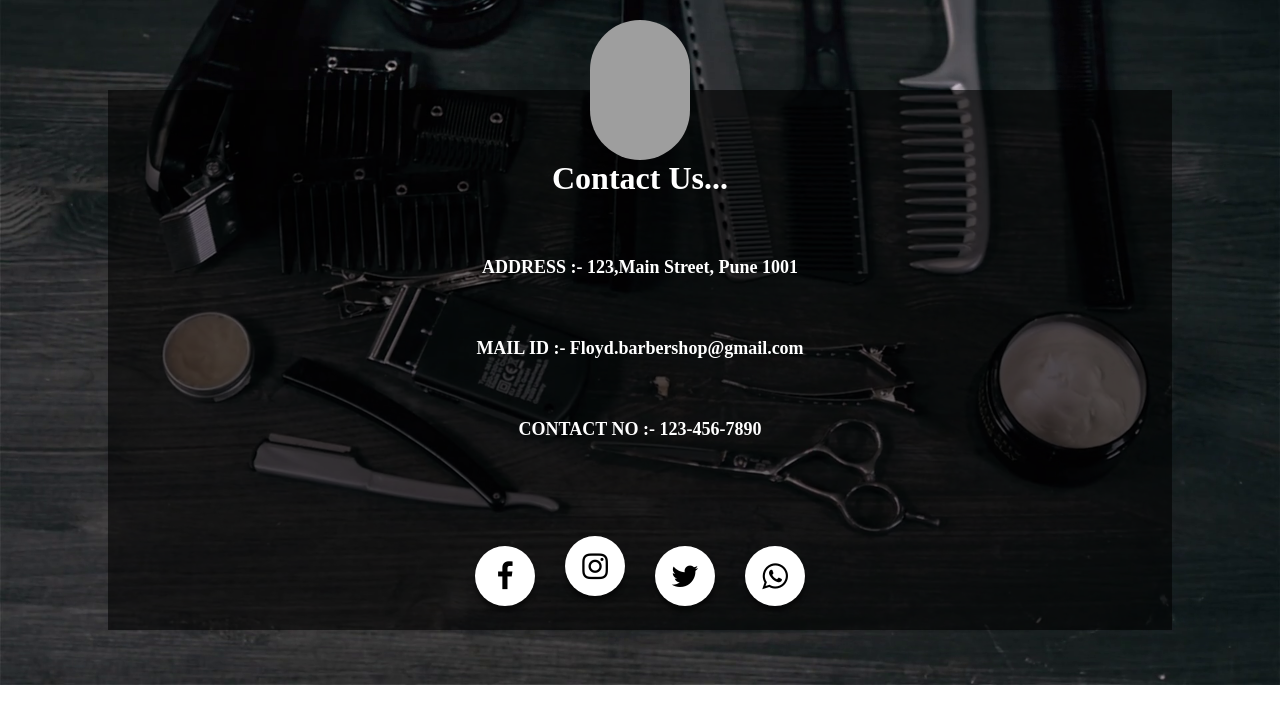
Repository: Mithil-Chavan/OnlineBarbershopManagementSystem
Page: http://localhost/OnlineBarberShop/WEB-INF/views/user/contact.jsp
An editor plug-in stored every save of this project. The page is shown before and after the next save, followed by the edit.
The browser window is 1280 px wide. The pictures show the whole page.
The pointer rests on the first visible `.social-menu ul li:nth-child(2) a`.
The page is served by Tomcat 9. Nobody is signed in. Other server files are loaded and not shown. The template is opened directly, without the code that normally fills it, so the values that code supplies are empty.

Above is the page before, as saved 2021-03-24 19:43:19.

### OnlineBarberShop/OnlineBarberShop/src/main/webapp/WEB-INF/views/user/contact.jsp
<%@ page language="java" contentType="text/html; charset=ISO-8859-1"
    pageEncoding="ISO-8859-1"%>
<!DOCTYPE html>
<html>
<head>
<meta charset="ISO-8859-1">
<title>Insert title here</title>
<link rel="stylesheet" href="https://cdnjs.cloudflare.com/ajax/libs/font-awesome/4.7.0/css/font-awesome.min.css">

<style>
body {
	margin: 0;
	padding: 0;
	font-weight: Century Gothic;
 	background: url("http://localhost:8080/contactimg.png")no-repeat;
	background-size: cover;
	background-position: center;
	width:100%; height:650px;
}
.container{
	height: 75vh;
 	width: 80%;
	background: rgba(0, 0, 0, .6);
	position: absolute;
	top: 50%;
	left: 50%;
	transform: translate(-50%, -50%);
	padding: 0 20px;
}

.img{
	height: 140px;
	width: 100px;
	 background: url("http://localhost:8080/about1.png")no-repeat;
	background-size: cover;
	background-position:center;
	border-radius: 50px;
	position: absolute;
	top: 0%;
	left: 50%;
	transform: translate(-50%, -50%);
}
.container h1{
	color: white;
	margin-top: 70px;

}
.container p{
	color: white;
	margin-top: 60px;
	font-size: large;

}
.btn{
	background: no-repeat;
	outline: none;
	border: 1px solid white;
	color: white;
	width: 10%;
	padding: 7px 15px;
	font_size: large;
	cursor: pointer;
	transition: 0.3s ease;
	margin-top: 50px;
}
.btn:hover{
	background: white;
	color: black;

}

.social-menu ul{
	position: absolute;
	top: 90%;
	left: 50%;
	padding: 0;
	margin: 0;
	transform: translate(-50%, -50%);
	display: flex;
}
.social-menu ul li{
	list-style: none;
	margin: 0 15px;

}
.social-menu ul li .fa{
	font-size: 30px;
	line-height: 60px;
	transition: .6s;
	color: #000;
}
.social-menu ul li .fa:hover {
	color: #fff;
}

.social-menu ul li a{
	position: relative;
	display: block;
	width: 60px;
	height: 60px;
	border-radius: 50%;
	background-color: #fff;
	text-align: center;
	transition: .6s;
	box-shadow: 0 5px 4px rgba(0,0,0,.5);
}
.social-menu ul li a:hover {
	transform: translate(0, -10px);
}
.social-menu ul li:nth-child(1) a:hover {
	background-color: #3b5999;
}
.social-menu ul li:nth-child(2) a:hover {
	background-color: e4405f;
}
.social-menu ul li:nth-child(3) a:hover {
	background-color: #55acee;
}
.social-menu ul li:nth-child(4) a:hover {
	background-color: #25D366;
}





</style>
</head>
<body>
<div class="social-menu">


<div class="container">
<body>
<div class="social-menu">
<ul>
	<li><a href="#"><i class="fa fa-facebook"></i></a></li>
	<li><a href="#"><i class="fa fa-instagram"></i></a></li>
	<li><a href="#"><i class="fa fa-twitter"></i></a></li>
	<li><a href="#"><i class="fa fa-whatsapp"></i></a></li>

</ul>

</div>
</body>


<center>
	<h1>Contact Us...</h1>
 	<div class="img">

 	</div>

 	<h2> <p style="color:white;"><p style="text-align:center;">ADDRESS  :-    123,Main Street, Pune 1001<left></p></h2>
 	<h2> <p style="color:white;"><p style="text-align:center;">MAIL ID  :- Floyd.barbershop@gmail.com<left></p></h2>
 	<h2> <p style="color:white;"><p style="text-align:center;">CONTACT NO :- 123-456-7890<left></p></h2>



</center>


</body>
</html>

After the next save:
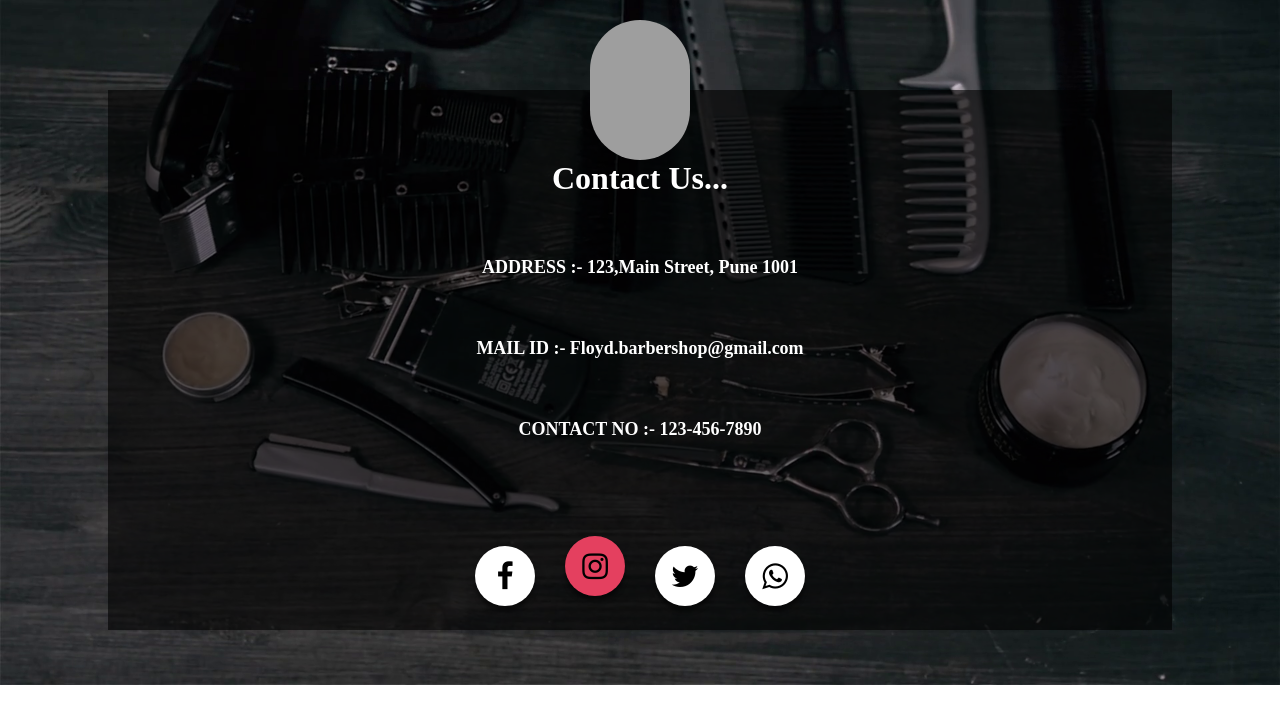
Saved 29 s later.
--- a/OnlineBarberShop/OnlineBarberShop/src/main/webapp/WEB-INF/views/user/contact.jsp
+++ b/OnlineBarberShop/OnlineBarberShop/src/main/webapp/WEB-INF/views/user/contact.jsp
@@ -111,7 +111,7 @@ body {
 	background-color: #3b5999;
 }
 .social-menu ul li:nth-child(2) a:hover {
-	background-color: e4405f;
+	background-color: #e4405f;
 }
 .social-menu ul li:nth-child(3) a:hover {
 	background-color: #55acee;
